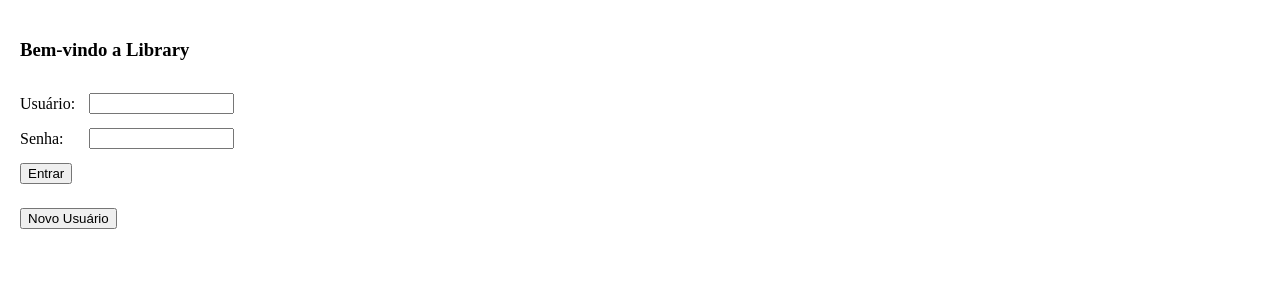
Repository: lmsmorais/ProjectEpiousion
Page: http://localhost/LibraryProject/
An editor plug-in stored every save of this project. The page is shown before and after the next save, followed by the edit.
The browser window is 1280 px wide. The pictures show the whole page.
The page is served by Tomcat 9. Other server files are loaded and not shown.

Above is the page before, as saved 2020-11-11 20:41:51.

### LibraryProject/WebContent/index.jsp
<%@ page language="java" contentType="text/html; charset=ISO-8859-1"
    pageEncoding="ISO-8859-1"%>
<!DOCTYPE html>
<html>
<head>
<meta charset="ISO-8859-1">
<title>Login</title>
	</head>
	<body>
		<form method="post" action='${pageContext.request.contextPath}/Login'>
			<table cellspacing="10" cellpadding="2" width="5%">
				<tr>
					<td colspan="2">
						<h3> Bem-vindo a Library</h3>
							<p>
					</td>
				</tr>
				<tr>
					<td>Usuário:</td>
					<td><input type="text" name="username" size="15"/></td>
				</tr>
				<tr>
					<td>Senha:</td>
					<td><input type="password" name="password" size="15"/></td>
				</tr>
				<tr>
					<td><button type="submit">Entrar</button></td>
				</tr>

			</table>
		</form>
		<form method="post" action='${pageContext.request.contextPath}/Login'>
		<table cellspacing="10" cellpadding="2" width="10%">
			<tr>
				<td><button type="submit">Novo Usuário</button></td>
			</tr>
		</table>
		</form>
	</body>
</html>

After the next save:
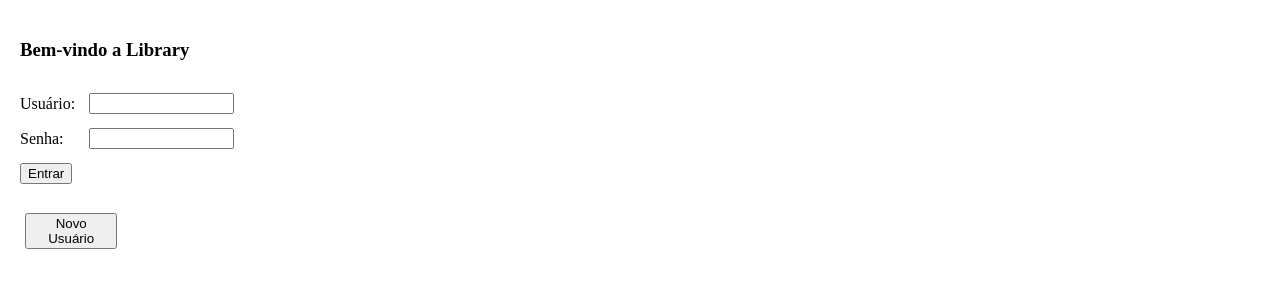
Saved 9 s later.
--- a/LibraryProject/WebContent/index.jsp
+++ b/LibraryProject/WebContent/index.jsp
@@ -30,7 +30,7 @@
 			</table>
 		</form>
 		<form method="post" action='${pageContext.request.contextPath}/Login'>
-		<table cellspacing="10" cellpadding="2" width="10%">
+		<table cellspacing="15" cellpadding="2" width="10%">
 			<tr>
 				<td><button type="submit">Novo Usuário</button></td>
 			</tr>
